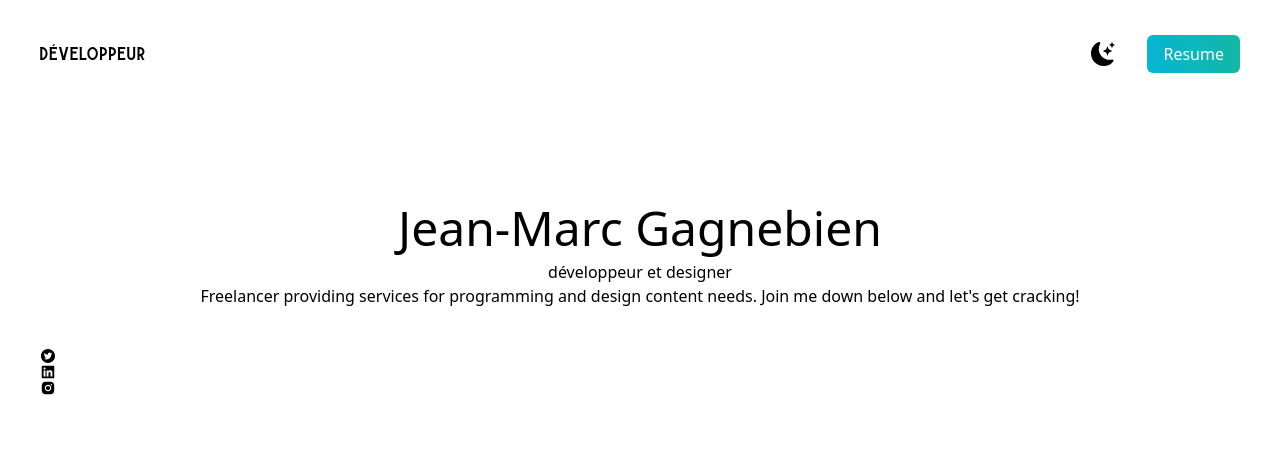
Repository: Jean-MarcG/portfoli_next
Page: /
These files come from the project's save history. The page is drawn as it stood at one moment and after the next save; the edit follows.
The browser window is 1280 px wide. The pictures show the whole page.
The project was rebuilt for these pictures with package versions that can differ from the ones it lists, and the page was loaded fresh each time. The framework's server and built-in components were replaced by stand-ins that run in the browser. Also part of the build but not shown: next.config.js.

Above is the page before, as saved 2023-04-01 17:32:38.

### pages/index.js
import Head from 'next/head';
import {BsFillMoonStarsFill} from 'react-icons/bs';
import {AiFillTwitterCircle, AiFillLinkedin, AiFillInstagram} from 'react-icons/ai'

export default function Home() {
  return (
    <>
    <Head>
    <title>Jean-Marc Gagnebien Portfolio</title>
    <meta name="description" content="Generated by create next app" />
    <meta name="viewport" content="width=device-width, initial-scale=1" />
    <link rel="icon" href="/favicon.ico" />
    </Head>
      <main className='bg-white px-10 '>
        <section className='min-h-screen'>
          <nav className='py-10 mb-12 flex justify-between'>
            <h1 className='text-xl font-burtons'>développeur</h1>
              <ul className='flex items-center'>
                <li>
                  <BsFillMoonStarsFill className='cursor-pointer text-2xl'/>
                </li>
                <li>
                  <a className='bg-gradient-to-r from-cyan-500 to-teal-500 text-white px-4 py-2 rounded-md ml-8' href='#'>Resume</a>
                </li>
              </ul>
          </nav>
          <div className='text-center p-10'>
            <h2 className='text-5xl py-2 teal'>Jean-Marc Gagnebien</h2>
            <h3>développeur et designer</h3>
            <p>Freelancer providing services for programming and design content needs. Join me down below and let's get cracking!</p>
          </div>
          <div>
            <AiFillTwitterCircle />
            <AiFillLinkedin />
            <AiFillInstagram />
          </div>
          <div>

          </div>
        </section>
      </main>
    </>
    )
  }

### styles/globals.css
@tailwind base;
@tailwind components;
@tailwind utilities;

* {
  box-sizing: border-box;
  padding: 0;
  margin: 0;
}

html,
body {
  max-width: 100vw;
  overflow-x: hidden;
}

body {
  color: rgb(var(--foreground-rgb));
  background: linear-gradient(
      to bottom,
      transparent,
      rgb(var(--background-end-rgb))
    )
    rgb(var(--background-start-rgb));
}

a {
  color: inherit;
  text-decoration: none;
}

@font-face {
  font-family: "burtons";
  src: url(../public/Burtons.otf);
}

### tailwind.config.js
/** @type {import('tailwindcss').Config} */
module.exports = {
  content: [
    "./app/**/*.{js,ts,jsx,tsx}",
    "./pages/**/*.{js,ts,jsx,tsx}",
    "./components/**/*.{js,ts,jsx,tsx}",

    // Or if using `src` directory:
    "./src/**/*.{js,ts,jsx,tsx}",
  ],
  theme: {
    extend: {
      fontFamily: {
        burtons: 'burtons',
      }
    },
  },
  plugins: [],
}

Loaded but not shown: pages/_app.js (common file); pages/_document.js (common file)

After the next save:
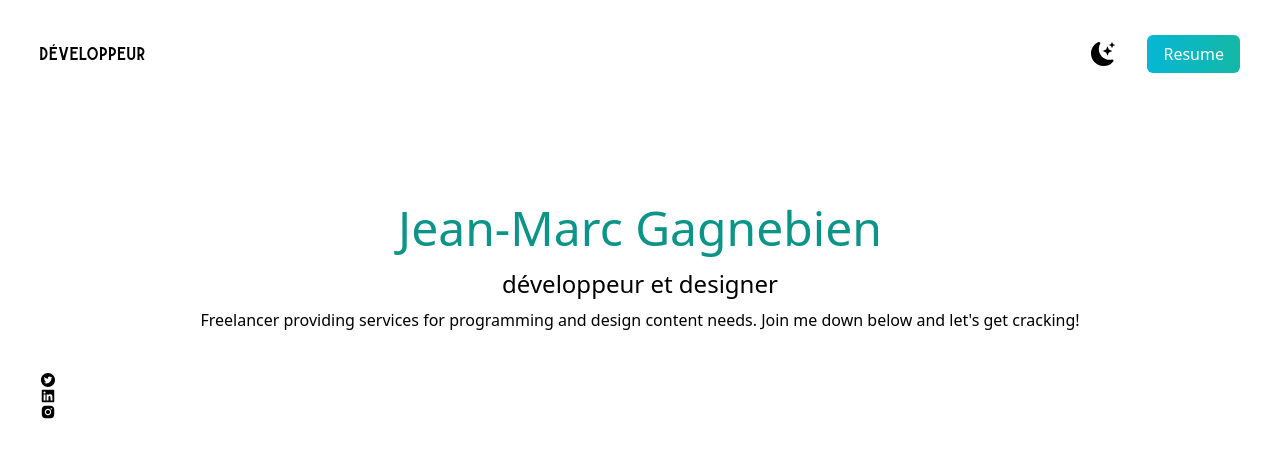
Saved 51 s later.
--- a/pages/index.js
+++ b/pages/index.js
@@ -25,8 +25,8 @@
               </ul>
           </nav>
           <div className='text-center p-10'>
-            <h2 className='text-5xl py-2 teal'>Jean-Marc Gagnebien</h2>
-            <h3>développeur et designer</h3>
+            <h2 className='text-5xl py-2 text-teal-600 font-medium'>Jean-Marc Gagnebien</h2>
+            <h3 className='text-2xl py-2'>développeur et designer</h3>
             <p>Freelancer providing services for programming and design content needs. Join me down below and let's get cracking!</p>
           </div>
           <div>
